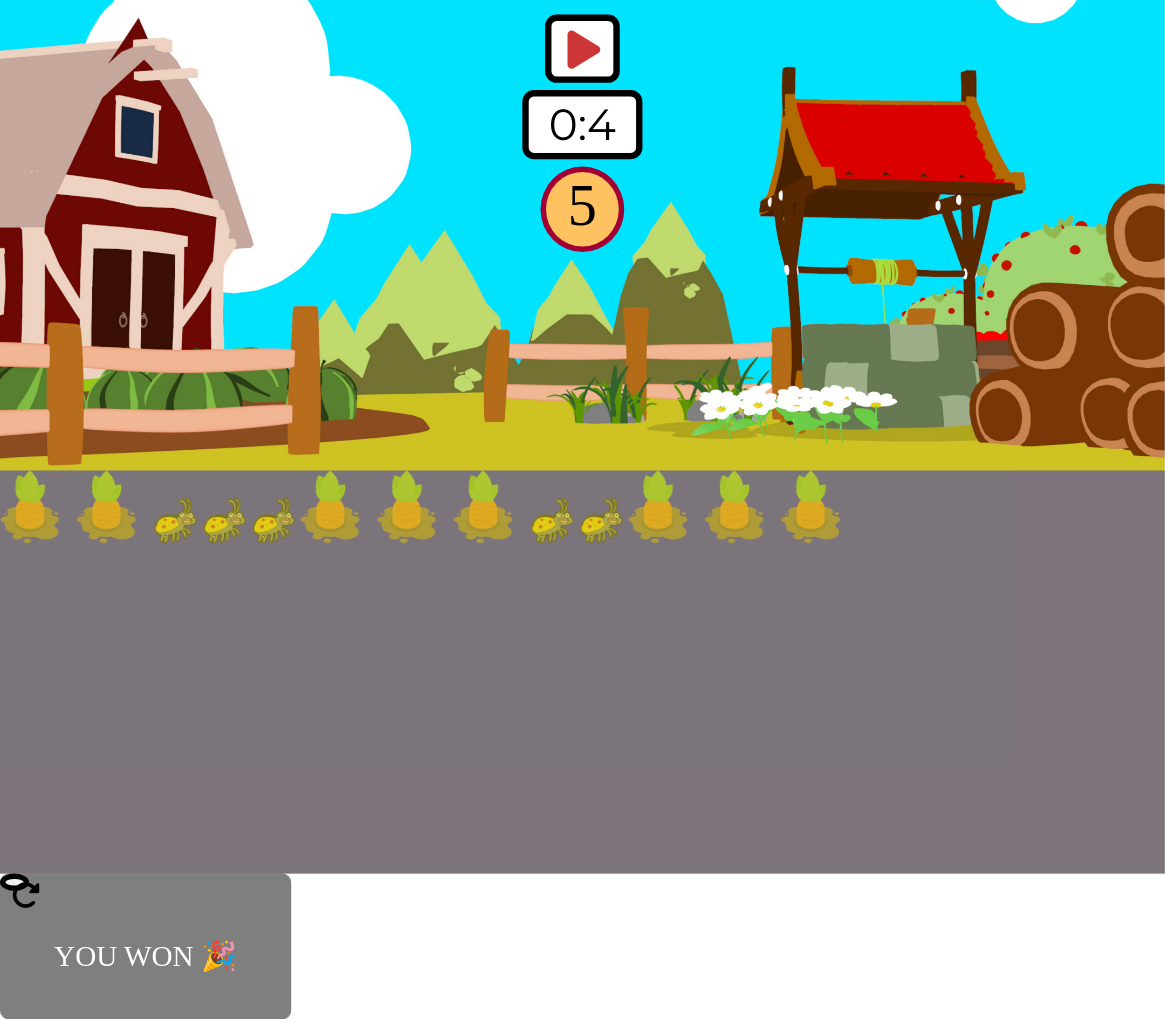
Repository: sephinejo/Mini-carrot-game
Page: index.html
An editor plug-in stored every save of this project. The page is shown before and after a run of saves, followed by the edit.
The browser window is 1280 px wide. The pictures show the whole page, at 91% of full size.
Some web fonts or font styles are not loaded; a fallback is used. Some web libraries are served in a nearby version.

Above is the page before, as saved 2023-05-15 09:21:13.

After the next 2 saves:
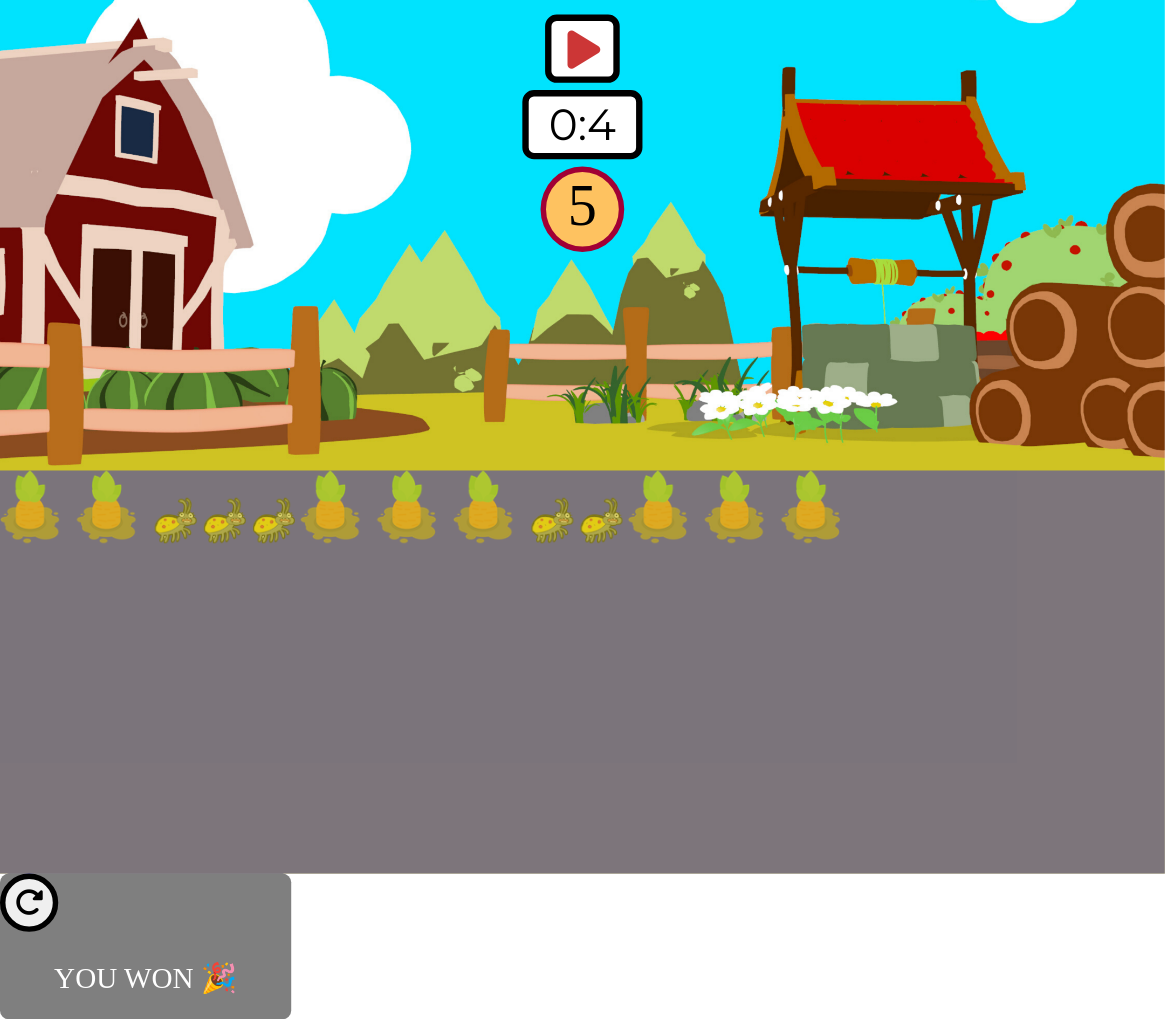
The 2 saves are shown as one change because they came seconds apart.
The last was saved 7 s later.
--- a/style.css
+++ b/style.css
@@ -78,8 +78,8 @@ button {
 }
 
 .pop-up__replay {
-  width: 2rem;
-  height: 1.2rem;
+  width: 4rem;
+  height: 4rem;
   font-size: 2rem;
   border: 0.4rem solid black;
   border-radius: 50%;
